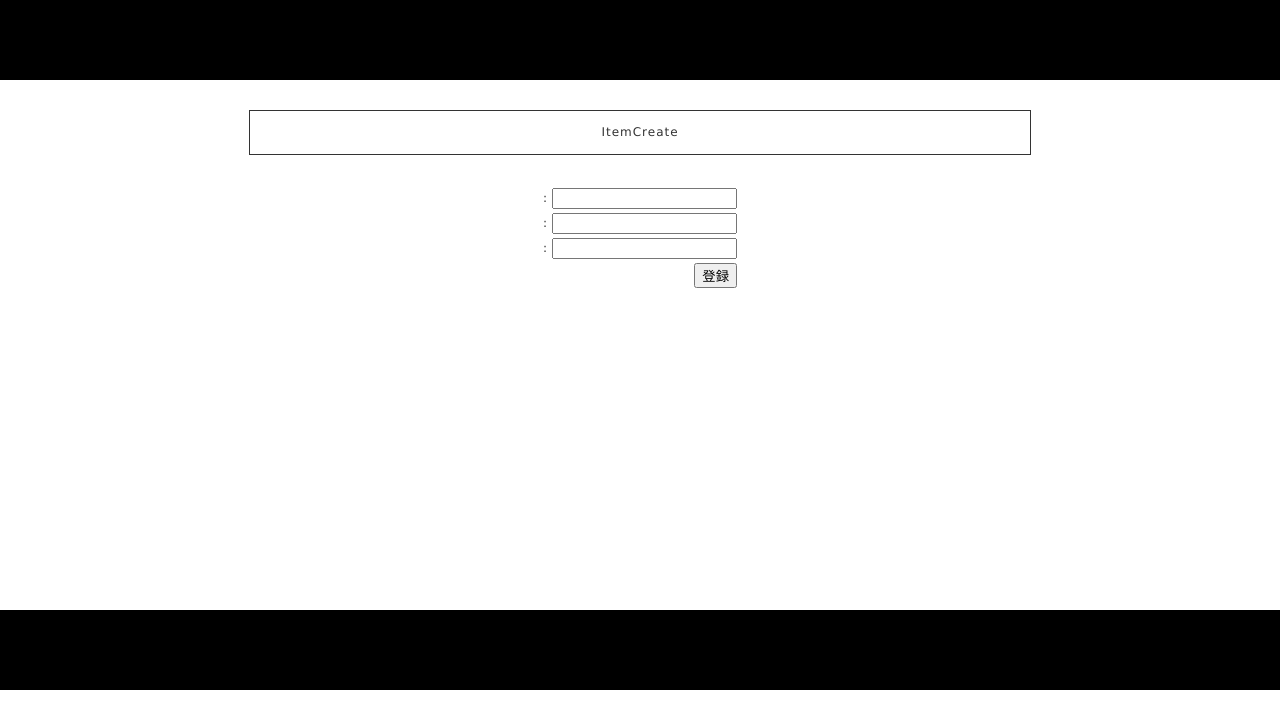
Repository: hiraide8/test
Page: http://localhost/ecsite/itemCreate.jsp
The author's editor kept a copy of each file at every save. The page is drawn from the files as they stood at one save, then again after the next save.
The browser window is 1280 px wide. The pictures show the whole page.
The page is served by Tomcat 9.

Above is the page before, as saved 2019-01-23 12:45:59.

After the next save:
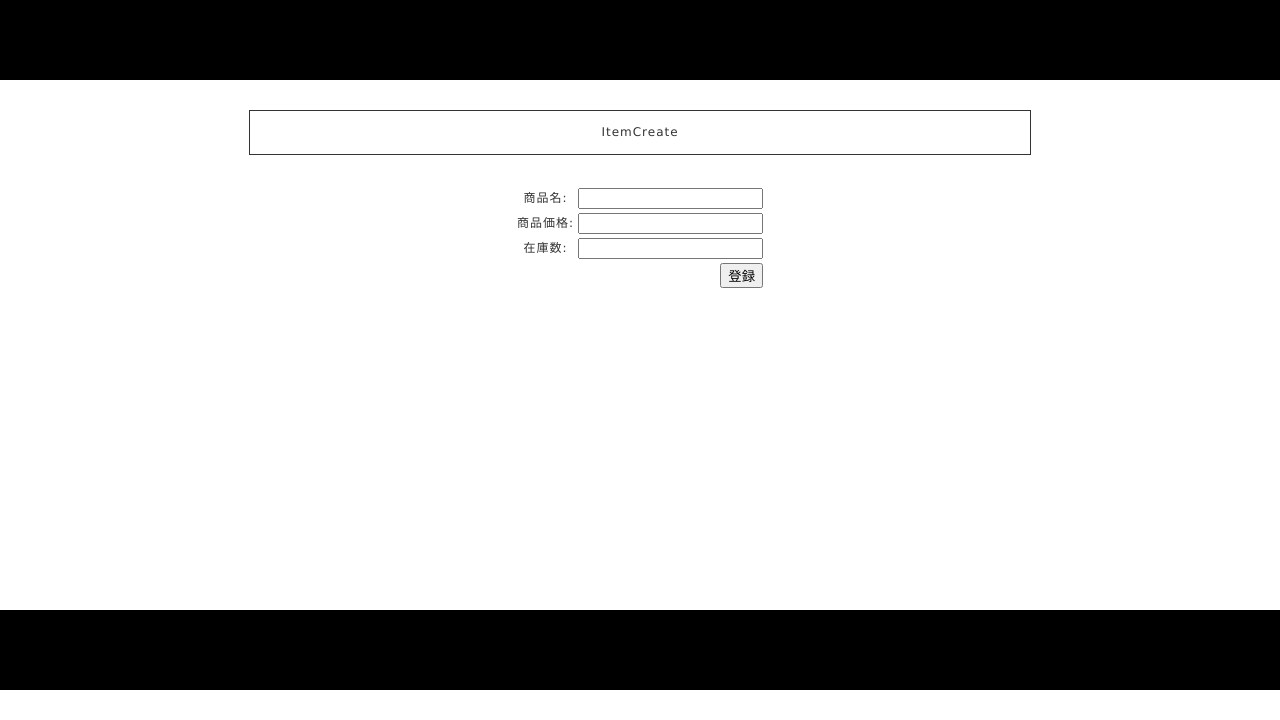
Saved 94 s later.
--- a/ecsite/WebContent/itemCreate.jsp
+++ b/ecsite/WebContent/itemCreate.jsp
@@ -69,7 +69,7 @@
                        <s:form action="ItemCreateConfirmAction">
                                  <tr>
                                         <td>
-                                                  <label>:</label>
+                                                  <label>商品名:</label>
                                         </td>
                                         <td>
                                                 <input type="text" name=""/>
@@ -77,7 +77,7 @@
                                  </tr>
                                  <tr>
                                         <td>
-                                                  <label>:</label>
+                                                  <label>商品価格:</label>
                                         </td>
                                         <td>
                                                 <input type="text" name=""/>
@@ -85,7 +85,7 @@
                                  </tr>
                                  <tr>
                                         <td>
-                                                  <label>:</label>
+                                                  <label>在庫数:</label>
                                         </td>
                                         <td>
                                                 <input type="text" name=""/>
